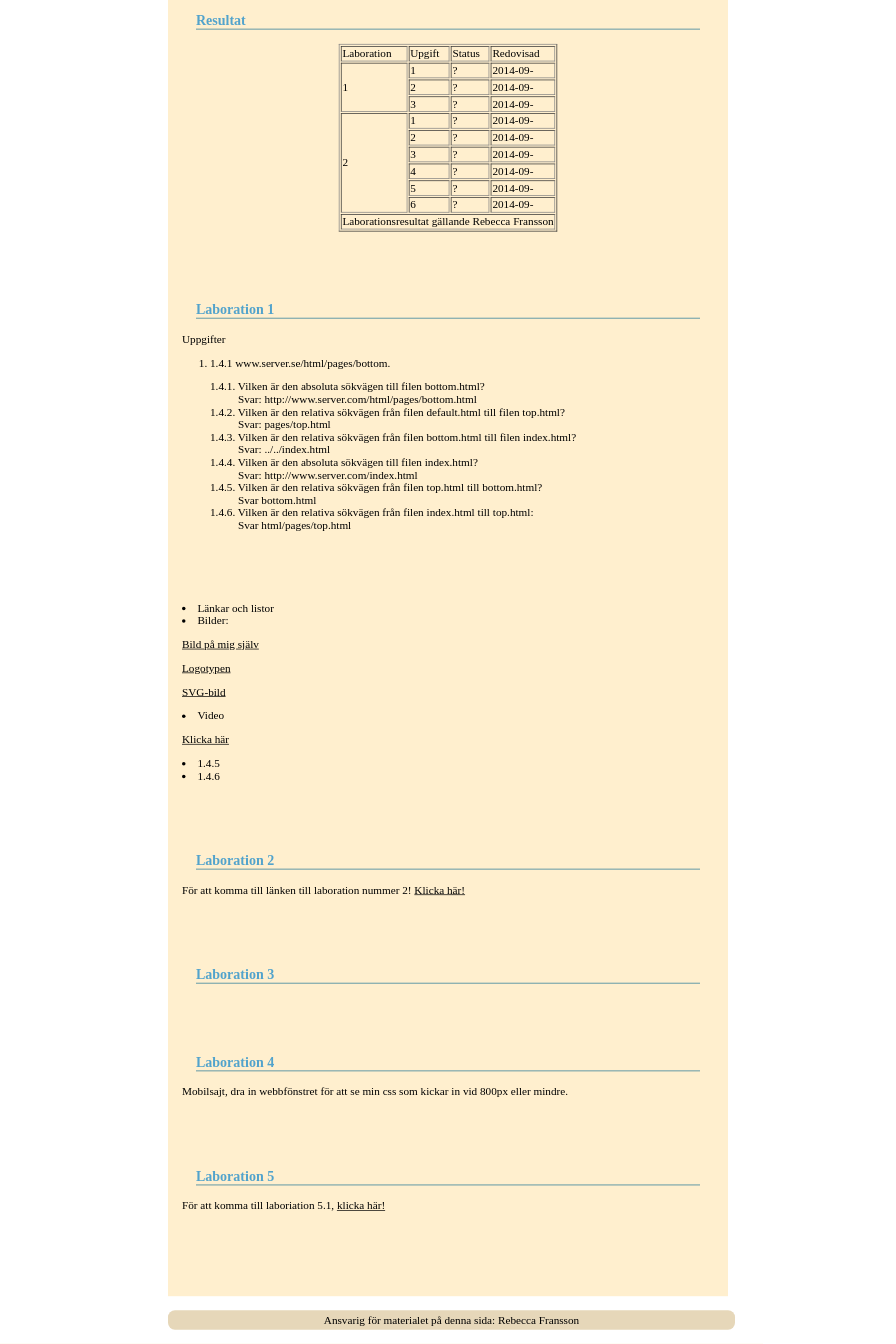
Repository: RebeccaFransson/Interfacedevelopment-1IK415
Page: pages/laborationer.html
The author's editor kept a record of every edit. The page is drawn from the files as they stood at one moment, then again after the next edit.
The browser window is 1280 px wide. The pictures show the part of the page from y = 694 to 2614 px (the page is 2614 px tall before and 2576 px after), at 70% of full size.

Above is the page before.

### pages/laborationer.html
<!DOCTYPE html>
<html>
<head>
   <meta charset="utf-8" name="viewport" content="width=device-width", "initial-scale=1.0" />
    <title>Laborationer</title>
    <link rel="stylesheet" href="../css/style.css" />
    <link rel="stylesheet" media="screen and (max-width:800px)" type="text/css" href="../css/min-style.css" />
    <link rel="shortcut icon" href="../Pictures/Logo.png" type="image/png" />
    <link rel="apple-touch-icon" href="../Pictures/Logo.png" />
</head>
    <body>

    <div id="header">
        <p><img src="../Pictures/header.jpg" width="800" alt=""></p>
    </div>

    <div id="meny">
        <ul id="lista">
                <li id="start" class="meny-start">  <a href="../index.html">Start</a> </li>  <!-- ../ gör att jag kommer ut till mappen ovan.-->
                <li id="lab" class="meny-lab">      <a class="active" href="laborationer.html">Laborationer</a> </li>
                <li id="pres" class="meny-pres" >   <a href="presentation.html">Presentation</a> </li>
                <li id="kont" class="meny-kont">    <a href="kontakt.html">Kontakt</a> </li>
     </ul>
    </div>

    <div class="left pic">

    </div>
    <div class="right pic">

    </div>

    <div id="content">

        <h2>Laborationsportal</h2>

        <div class="inlagg">
        <h3>Webbtekniskt introduktion</h3>
            <ul>
                <li><a href="#Laboration_1">Laboration 1</a> </li>
                <li><a href="#Laboration_2">Laboration 2</a> </li>
            </ul>
            </div>


         <div class="inlagg">
         <h3>Resultat</h3>
         <table border="1"> <!--Tabell-->
             <thead>
                <tr>
                    <td>Laboration</td>
                    <td>Upgift</td>
                    <td>Status</td>
                    <td>Redovisad</td>
                  </tr>
              </thead>
              <tbody>
                <tr>
                    <td rowspan="3">1</td>
                    <td>1</td>
                    <td>?</td>
                    <td>2014-09-</td>
                </tr>
                <tr>
                    <td>2</td>
                    <td>?</td>
                    <td>2014-09-</td>
                </tr>
                    <tr>
                    <td>3</td>
                    <td>?</td>
                    <td>2014-09-</td>
                </tr>

                <tr>                        <!--Tabell för lab2-->
                    <td rowspan="6">2</td>
                    <td>1</td>
                    <td>?</td>
                    <td>2014-09-</td>
                </tr>
                <tr>
                    <td>2</td>
                    <td>?</td>
                    <td>2014-09-</td>
                </tr>
                <tr>
                    <td>3</td>
                    <td>?</td>
                    <td>2014-09-</td>
                </tr>
                <tr>
                    <td>4</td>
                    <td>?</td>
                    <td>2014-09-</td>
                </tr>
                <tr>
                    <td>5</td>
                    <td>?</td>
                    <td>2014-09-</td>
                </tr>
                <tr>
                    <td>6</td>
                    <td>?</td>
                    <td>2014-09-</td>
                </tr>
            </tbody>
            <tfoot>
                <tr>                        <!--Tabell för lab2-->
                    <td colspan="4">Laborationsresultat gällande Rebecca Fransson</td>
                </tr>
            </tfoot>
             </table>
             </div>


                  <div class="inlagg">
                  <a name="Laboration_1"></a> <!---Gör en ankar länk till laboration 1-->
                  <h3>Laboration 1</h3>
                  <p>Uppgifter</p>

                  <!-- Gör en numrerad lista på uppgifterna i lab1 -->
                  <ol>
                     <li>1.4.1 www.server.se/html/pages/bottom.
                       <dl>
                         <dt>1.4.1. Vilken är den absoluta sökvägen till filen bottom.html?</dt>
                             <dd>Svar: http://www.server.com/html/pages/bottom.html</dd>
                         <dt>1.4.2. Vilken är den relativa sökvägen från filen default.html till filen top.html?</dt>
                             <dd>Svar: pages/top.html</dd>
                         <dt>1.4.3. Vilken är den relativa sökvägen från filen bottom.html till filen index.html?</dt>
                             <dd>Svar: ../../index.html</dd> <!-- ? -->
                         <dt>1.4.4. Vilken är den absoluta sökvägen till filen index.html?</dt>
                             <dd>Svar: http://www.server.com/index.html</dd>
                         <dt>1.4.5. Vilken är den relativa sökvägen från filen top.html till bottom.html?</dt>
                             <dd>Svar bottom.html</dd>
                         <dt>1.4.6. Vilken är den relativa sökvägen från filen index.html till top.html:</dt>
                             <dd>Svar html/pages/top.html</dd>
                       </dl>
                     </li>
                </div>


                <div class="inlagg">
                     <li>Länkar och listor</li>
                     <li>Bilder:
                         <p><a href="presentation.html#Bild_pa_mig">Bild på mig själv</a></p>
                         <p><a href="../Pictures/Logo.png">Logotypen</a> </p>
                         <p><a href="../index.html#blogg-SVG-bild">SVG-bild</a></p>
                     </li>
                     <li>Video
                         <p><a href="../index.html#blogg-video">Klicka här</a></p>
                     </li>
                     <li>1.4.5</li>
                     <li>1.4.6</li>
                 </ol>
                 </div>

                <div class="inlagg">
                 <a name="Laboration_2"></a>
                 <h3>Laboration 2</h3>
                      För att komma till länken till laboration nummer 2! <a href="https://preview.c9.io/rebeccafransson/uppgift-3-3/index.html">Klicka här!</a>

                 </div>

                 <div class="inlagg">
                 <a name="Laboration_3"></a>
                 <h3>Laboration 3</h3>


                 </div>

                 <div class="inlagg">
                 <a name="Laboration_4"></a>
                 <h3>Laboration 4</h3>
                      Mobilsajt, dra in webbfönstret för att se min css som kickar in vid 800px eller mindre.

                 </div>

                 <div class="inlagg">
                 <a name="Laboration_5"></a>
                 <h3>Laboration 5</h3>
                  För att komma till laboriation 5.1, <a href="https://uppgift_5-1-c9-rebeccafransson.c9.io/?_c9_id=livepreview7&_c9_host=https://ide.c9.io">klicka här!</a>
                 </div>
    </div>

    <div id="footer">
            Ansvarig för materialet på denna sida: Rebecca Fransson
    </div>

    </body>

     </html>

### css/style.css
body {

    width: 800px;
    margin:auto;

}

/*Här är min Header */
#header {

    background-color: #CCFFFF;
    height: auto;

}

#header img{
    float:left;
}

/*Här är min meny och länkarna */

#meny {
    background-color: RGBA(143, 178, 178, 0.5 );
    float: left;
    width: 800px;
    height:52px;
    position:relative;
    bottom:52px;
}


#meny li {
    margin-left:55px;
    list-style: none;
    float:left;


}
#meny a {
    padding:3px;
    text-decoration:none;
    font-size: 20px;
    padding-left:24px;

}
a:link {
    color: black;
}

a:visited {
    color: black;
}

a:hover {
    -webkit-border-radius: 10px;
    -moz-border-radius: 10px;
    border-radius: 10px;
    background-color: RGBA(255, 239, 206, 0.5 );

}

.active {
    -webkit-border-radius: 10px;
    -moz-border-radius: 10px;
    border-radius: 10px;
    background-color: RGBA(255, 239, 206, 0.5 );
}

/*Här är min Content med text */
#content{

    background-color:#FFEFCE;
    width: 760px;
    padding:20px;
    height:auto;

}
#content h2 {
    text-align:center;
    font-size:40px;
    color: #394747;
}

#content h3 {
    color: #52A3CC;
    font-size:20px;
    margin-left: 20px;
    margin-right: 20px;
    border-bottom: 2px solid #8FB2B2;

}

table {
    margin:auto;
}

.bildpamig{
    float:left;
    margin-top:60px;
    margin-right:10px;

}

.media{
    float:right;
}

.inlagg{
    margin-bottom:100px;
}

img p #content {
    float:none;
}

.signatur{
    float: right;
    font-style:oblique;
}


.pic{
    width: 118px;
    height:110px;
    margin-top:-40px;
    -webkit-border-radius: 10px;
    -moz-border-radius: 10px;
    border-radius: 10px;
    padding: 5px;
}
.right{
    Background-image: url('Pictures/danbo1.jpg');
    display:block;
    background-repeat:no-repeat;
    float:right;
}

.left{
    Background-image: url('Pictures/danbo2.jpg');
    display:block;
    background-repeat:no-repeat;
    float:left;
}

#footer {

    Background-color: #E6D7B9;
    height:auto;
    width:800px;
    margin: 20px auto;
    text-align:center;
    -webkit-border-radius: 10px;
    -moz-border-radius: 10px;
    border-radius: 10px;
    padding: 5px;

}

/* Här kommer formulärets Css*/
.form {

    margin-left:auto;
    margin-right:auto;
    max-width: 90%;
    padding: 30px 30px 20px 30px;
    font: 18px Arial;
    color: #666;
    border-radius: 10px;
    -webkit-border-radius: 10px;
}

.form input{
    color: #555;
    width: 70%;
    padding: 3px 0px 3px 5px;
    margin-top: 2px;
    margin-right: 6px;
    margin-bottom: 16px;
    border: 1px solid #e5e5e5;
    background: #fbfbfb;
    height: 25px;

}
.form select{
    margin: 0px 0px 20px 0px;
}
.form h1 {
    font: 18px Arial;
    padding: 10px 0px 10px 20px;
    display: block;
    border-bottom: 1px solid #F5F5F5;
    margin: -10px -30px 10px -30px;
    color: #969696;
}
.form textarea{
    height:100px;
    padding: 5px 0px 0px 5px;
    width: 70%;

    /*text-align:left;
    width: 70%;
    margin:auto;--*/


#content legend {
    font-size: 20px;
}

.meny-start{
    height:20px;
    display:block;
    background-image: url('Pictures/sprite.png');
    background-repeat:no-repeat;
    background-origin:content-box;

}
#start{
    background-position: 0 -48px;


}
#start:hover{
    background-position: 0 0;
}



.meny-lab{
    height:20px;
    display:block;
    background-image: url('Pictures/sprite.png');
    background-repeat:no-repeat;
    background-origin:content-box;
}

#lab{
    background-position: 0 -144px;
}
#lab:hover{
    background-position: 0 -96px;
}


.meny-pres{
    height:20px;
    display:block;
    background-image: url('Pictures/sprite.png');
    float:left;
    background-repeat:no-repeat;
    background-origin:content-box;
}
#pres{
    background-position: 0 -240px;
}
#pres:hover{
    background-position: 0 -192px;
}

.meny-kont{
    height:20px;
    display:block;
    background-image: url('Pictures/sprite.png');
    float:left;
    background-repeat:no-repeat;
    background-origin:content-box;
}
#kont{
    background-position: 0 -336px;
}
#kont:hover{
    background-position: 0 -288px;
}

/*Mina bakgrundsfärger:
Header:#CCFFFF
Content:#FFEFCE
Footer:#E6D7B9
*/

@media print{
    #meny{
        display:none;
    }

    .pic{
        display:none;
    }
    #header {
        display:none;
    }
    #content {
        width:100%;
    }
    body {
        float:left;
    }

    #footer{
        display:none;
    }
    a:after{
        content: " ["attr(href) "]";
    }
}

### css/min-style.css
    body{
        max-width:100%;

    }
    #header{
        max-width:100%;
    }

    img, video {
        max-width:100%;
    }
    #lista{
        padding:0;
    }

    #meny{
        max-width:100%;
        height: auto;
        position:relative;
        bottom:52px;
    }

    #meny li {
        margin-left:55px;
        height: auto;
        margin-bottom:14px;
    }
    #meny a {
    font-size: 20px;
    margin-bottom:2px;
    }

    #content{
        padding-top:150px;
        max-width:100%;
        margin-left:0;
        width: auto;
    }

    #content h2 {
    margin-top:0;
    }

    #content h3 {

    font-size:18px;
    }


    .form input {
        max-width:100%;
    }
    .form textarea {
        max-width:100%;
    }

    #footer{
        max-width:90%;
    }

After the next edit:
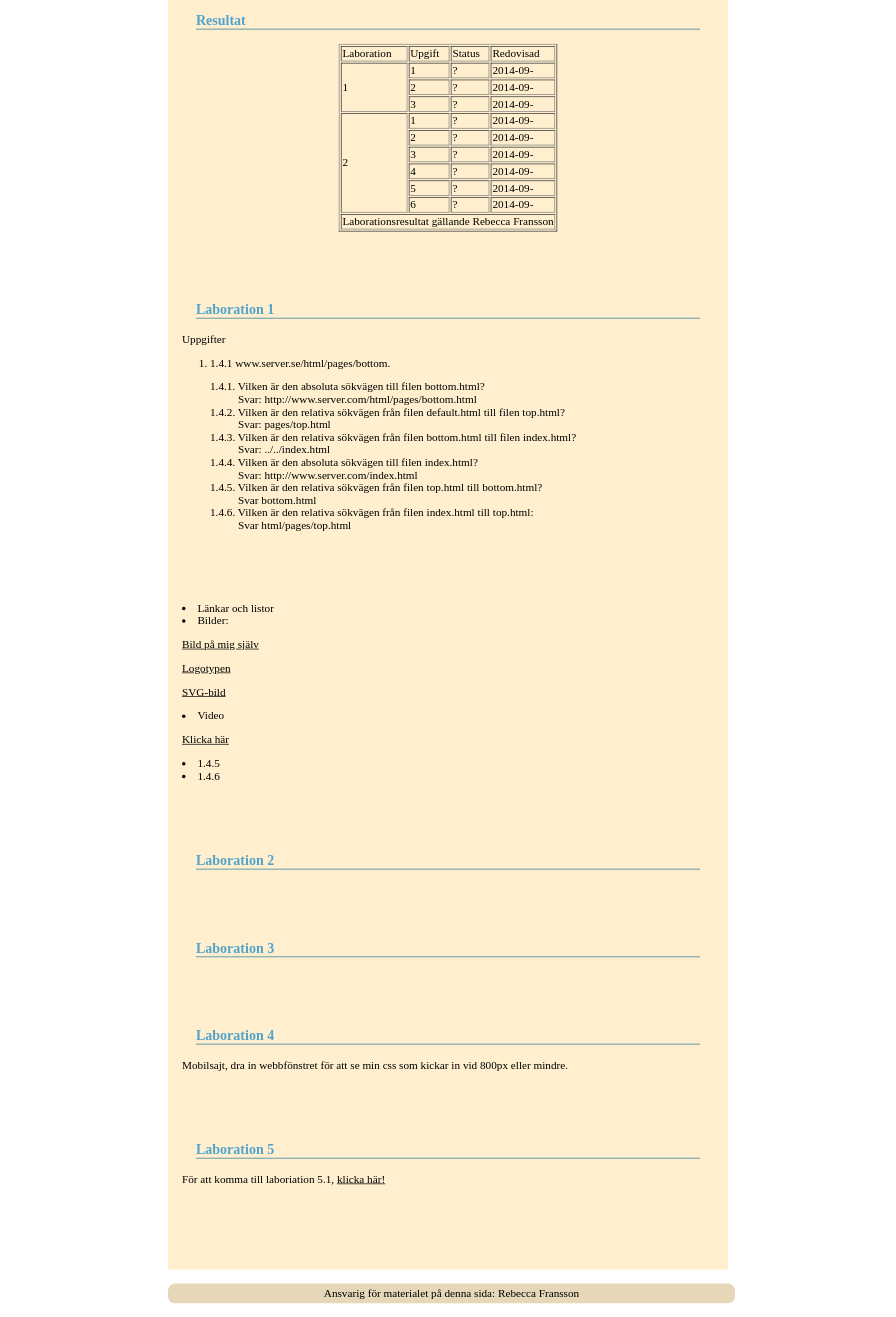
The edit:
--- a/pages/laborationer.html
+++ b/pages/laborationer.html
@@ -157,7 +157,7 @@
                 <div class="inlagg">
                  <a name="Laboration_2"></a>
                  <h3>Laboration 2</h3>
-                      För att komma till länken till laboration nummer 2! <a href="https://preview.c9.io/rebeccafransson/uppgift-3-3/index.html">Klicka här!</a>
+
 
                  </div>
 
